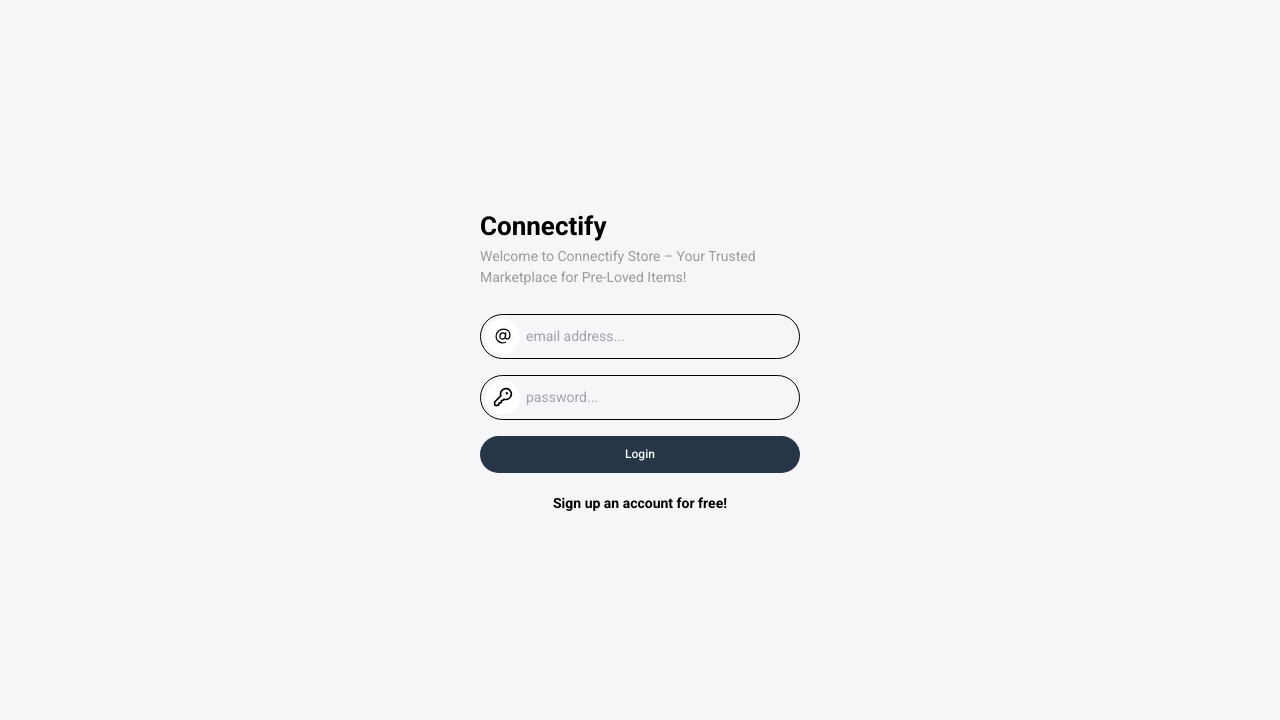
Repository: tvbacs/JavaWebProjectUI
Page: /login
These files come from the project's save history. The page is drawn as it stood at one moment and after the next save; the edit follows.
The browser window is 1280 px wide. The pictures show the whole page.
The project was rebuilt for these pictures with package versions that can differ from the ones it lists, and the page was loaded fresh each time. Also part of the build but not shown: src/pages/HomePage/HomePage.module.scss, src/components/Item/Item.module.scss, src/utils/formatPrice.js, src/components/Item/index.js, src/components/Scroll/Scroll.module.scss, src/components/Scroll/index.js, src/services/electronicService.js, src/pages/HomePage/index.js and 53 more.

Above is the page before, as saved 2025-05-25 05:48:44.

### src/index.js
import React from 'react';
import ReactDOM from 'react-dom/client';
import App from './App';
import GlobalStyles from '@/Globals/GlobalStyles';
import { BrowserRouter } from 'react-router-dom';
import { UserProvider } from './contexts/UserContext';

const root = ReactDOM.createRoot(document.getElementById('root'));
root.render(
  <BrowserRouter>
      <UserProvider>
      <GlobalStyles>
        <App />
      </GlobalStyles>
          </UserProvider>
  </BrowserRouter>
);

### src/App.js
import { Routes, Route } from "react-router-dom";
import { publicRoutes, privateRoutes, adminRoutes } from "./routes";
import MainLayout from "@/layout/MainLayout";
import PrivateRoute from "@/routes/PrivateRoute";
import AdminRoute from "@/routes/AdminRoute";
import { useUser } from "./contexts/UserContext";
import { useEffect } from "react";
import authService from "./services/authService";

function App() {
    const { setUser } = useUser();
    useEffect(() => {
    const token = localStorage.getItem('token');
    if (token) {
      (async () => {
        const res = await authService.getMe();
        if (res.success) {
          setUser(res.user);
        } else {
          console.warn("Lỗi lấy thông tin người dùng:", res.message);
          localStorage.removeItem('token');
          setUser(null);
        }
      })();
    }
  }, [setUser]);
  return (
    <Routes>
      {publicRoutes.map(({ path, component: Component, layout }, index) => {
        let Layout;

        if (layout === null) {
          Layout = ({ children }) => <>{children}</>;
        } else if (layout) {
          Layout = layout;
        } else {
          Layout = MainLayout;
        }

        return (
          <Route
            key={index}
            path={path}
            element={
              <Layout>
                <Component />
              </Layout>
            }
          />
        );
      })}

      {privateRoutes.map(({ path, component: Component, layout }, index) => {
        let Layout = layout || MainLayout;

        return (
          <Route
            key={index}
            path={path}
            element={
              <PrivateRoute>
                <Layout>
                  <Component />
                </Layout>
              </PrivateRoute>
            }
          />
        );
      })}

      {adminRoutes.map(({ path, component: Component, layout }, index) => {
        let Layout = layout || MainLayout;

        return (
          <Route
            key={`admin-${index}`}
            path={path}
            element={
              <AdminRoute>
                <Layout>
                  <Component />
                </Layout>
              </AdminRoute>
            }
          />
        );
      })}

      <Route
        path="*"
        element={
          <MainLayout>
            <div>Trang không tồn tại (404)</div>
          </MainLayout>
        }
      />
    </Routes>
  );
}

export default App;

### src/Globals/GlobalStyles/index.js
import "./GlobalStyles.scss";

function GlobalStyles({children}){
    return(
        children
    )
}
export default GlobalStyles;

### src/contexts/UserContext.js
import { createContext, useContext, useState, useMemo } from 'react';

const UserContext = createContext(null);

export const UserProvider = ({ children }) => {
  const [user, setUser] = useState(null);
  const [isLoading, setIsLoading] = useState(false);
  const [isFetched, setIsFetched] = useState(false);

  const contextValue = useMemo(
    () => ({
      user,
      setUser,
      isLoading,
      setIsLoading,
      isFetched,
      setIsFetched,
    }),
    [user, isLoading, isFetched]
  );

  return (
    <UserContext.Provider value={contextValue}>
      {children}
    </UserContext.Provider>
  );
};

export const useUser = () => useContext(UserContext);

### src/routes/index.js
import LoginPage from "@/pages/Auth/Login"
import HomePage from "@/pages/HomePage"
import LaptopPage from "@/pages/LaptopPage"
import MobilePage from "@/pages/MobilePage"
import BuyPage from "@/pages/BuyPage"
import SignupPage from "@/pages/Auth/Signup"
import ProducDetail from "@/pages/ProductDetail"
import ProducDetailLayout from "@/layout/ProductDetailLayout"
import OnlyHeaderLayout from "@/layout/OnlyHeaderLayout"
import Profile from "@/pages/Profile"
import LabTopLayout from "@/layout/LaptopLayout"
import CartPage from "@/pages/Cart"
import OrderHistory from "@/pages/OrderHistory"

// Admin imports
import AdminLayout from "@/layout/AdminLayout"
import AdminDashboard from "@/pages/Admin/Dashboard"
import AdminUsers from "@/pages/Admin/Users"
import AdminProducts from "@/pages/Admin/Products"
import AdminOrders from "@/pages/Admin/Orders"
import AdminCategories from "@/pages/Admin/Categories"
import AdminBrands from "@/pages/Admin/Brands"


const publicRoutes = [
        { path: '/login', component : LoginPage,  layout: null},
        { path: '/signup', component : SignupPage,  layout: null},
        { path: '/', component : HomePage},
        { path: '/laptop', component : LaptopPage,layout: LabTopLayout},
        { path: '/mobile', component : MobilePage},
        { path: '/product/:id', component : ProducDetail ,layout : ProducDetailLayout},
        { path: '/profile', component : Profile ,layout : OnlyHeaderLayout},
]

const privateRoutes = [
        { path: '/buy/:id', component : BuyPage,layout : OnlyHeaderLayout},
        { path: '/cart', component : CartPage,layout : OnlyHeaderLayout},
        { path: '/orders', component : OrderHistory,layout : OnlyHeaderLayout},
]

const adminRoutes = [
        { path: '/admin/dashboard', component : AdminDashboard, layout : AdminLayout},
        { path: '/admin/users', component : AdminUsers, layout : AdminLayout},
        { path: '/admin/products', component : AdminProducts, layout : AdminLayout},
        { path: '/admin/orders', component : AdminOrders, layout : AdminLayout},
        { path: '/admin/categories', component : AdminCategories, layout : AdminLayout},
        { path: '/admin/brands', component : AdminBrands, layout : AdminLayout},
]

export { publicRoutes, privateRoutes, adminRoutes }

### src/services/authService.js
// src/services/authService.js
import request from '@/utils/request';
import QueryString from 'qs';

const authService = {
  // Đăng nhập
  login: async (email, password) => {
    try {
      const response = await request.post(
        '/auth/login',
        QueryString.stringify({ email, password }),
        {
          headers: {
            'Content-Type': 'application/x-www-form-urlencoded',
          },
        }
      );
      const { token } = response.data;
      localStorage.setItem('token', token);
      return { success: true, token };
    } catch (error) {
      const message = error.response?.data?.error || 'Đăng nhập thất bại.';
      return { success: false, message };
    }
  },

  // Đăng ký
  signup: async (email, fullname, phonenumber, password) => {
    try {
      const response = await request.post(
        '/auth/signup',
        QueryString.stringify({
          email,
          fullname,
          phonenumber,
          password,
        }),
        {
          headers: {
            'Content-Type': 'application/x-www-form-urlencoded',
          },
        }
      );

      return {
        success: true,
        message: response.data.message || 'Đăng ký thành công',
      };
    } catch (error) {
      const message = error.response?.data?.error || 'Đăng ký thất bại.';
      return { success: false, message };
    }
  },

  getMe: async () => {
    try {
      const token = localStorage.getItem('token');
      if (!token) {
        return { success: false, message: 'Chưa đăng nhập.' };
      }

      const response = await request.get('/auth/me', {
        headers: {
          Authorization: `Bearer ${token}`,
        },
      });

      return {
        success: true,
        user: response.data,
      };
    } catch (error) {
      const message = error.response?.data?.error || 'Không thể lấy thông tin người dùng.';
      if (error.response?.status === 401) {
        localStorage.removeItem('token');
      }
      return { success: false, message };
    }
  },

  // Đăng xuất
  logout: () => {
    localStorage.removeItem('token');
  },

  // Lấy token hiện tại
  getToken: () => {
    return localStorage.getItem('token');
  },
};

export default authService;

### src/Globals/GlobalStyles/GlobalStyles.scss
@import 'normalize.css';
@import url('https://fonts.googleapis.com/css2?family=Roboto:wght@400;500;700&display=swap');
:root{
    --primary:#263646;
    --bgc:#F6F6F8;
    --gray50: #3F3F4680;
    --gray85:#3F3F46D9;
}
*{
    box-sizing: border-box;
}
html{
    font-size: 62.5%;
    //62.5 của 16px = 10px -> 1rem=10px
}
body{
    font-family: 'Roboto', sans-serif;
    font-size: 1.6rem;
    line-height: 1.5;
    text-rendering: optimizeSpeed;
}
@tailwind base;
@tailwind components;
@tailwind utilities;
@mixin input(){
    border:none;
    outline:none;
    background-color: transparent;
}
@mixin flex-center(){
    display: flex;
    justify-content: center;
    align-items: center;
}
@mixin button(){
    border:none;
    outline:none;
    cursor:pointer;

}
@mixin a(){
    text-decoration: none;
    color:var(--black);
}

### src/pages/Auth/Login/index.js
import classNames from "classnames/bind";
import styles from "../Auth.module.scss";
import { Link, useLocation, useNavigate } from "react-router-dom";
import { IoAt } from "react-icons/io5";
import { LuKeyRound } from "react-icons/lu";
import authService from "@/services/authService";
import { useUser } from "@/contexts/UserContext";
import { useState } from "react";

const cx = classNames.bind(styles);

function LoginPage() {
  const navigate = useNavigate();
  const location = useLocation();
  const from = location.state?.from?.pathname || "/";
  const { setUser } = useUser();
  const [email, setEmail] = useState("");
  const [password, setPassword] = useState("");
  const [error, setError] = useState("");

  const handleLogin = async (e) => {
    e.preventDefault();
    setError("");

    const result = await authService.login(email, password);

    if (result.success) {
      // Fetch user info after successful login
      const userResult = await authService.getMe();
      if (userResult.success) {
        setUser(userResult.user);
      }
      navigate(from, { replace: true });
    } else {
      setError(result.message);
    }
  };

  return (
    <div className={cx("wrapper")}>
      <div className={cx("content")}>
        <h1>Connectify</h1>
        <span>
          Welcome to Connectify Store – Your Trusted Marketplace for Pre-Loved Items!
        </span>
        <form onSubmit={handleLogin}>
          <div className={cx("form-group")}>
            <div className={cx("form-group-icon")}>
              <IoAt className={cx("text-[20px]")} />
            </div>
            <input
              className={cx("form-input")}
              placeholder="email address..."
              value={email}
              onChange={(e) => setEmail(e.target.value)}
              required
            />
          </div>
          <div className={cx("form-group")}>
            <div className={cx("form-group-icon")}>
              <LuKeyRound className={cx("text-[20px]")} />
            </div>
            <input
              type="password"
              className={cx("form-input")}
              placeholder="password..."
              value={password}
              onChange={(e) => setPassword(e.target.value)}
              required
            />
          </div>
          {error && <div style={{ color: "red" }}>{error}</div>}
          <button className={cx("btn-submit")} type="submit">
            Login
          </button>
          <Link className={cx("btn-switch")} to="/signup">
            Sign up an account for free!
          </Link>
        </form>
      </div>
    </div>
  );
}

export default LoginPage;

### src/utils/request.js
// src/utils/request.js
import axios from 'axios';

const apiClient = axios.create({
  baseURL: process.env.REACT_APP_API_URL || "http://localhost:1512",
  headers: {
    'Content-Type': 'application/json',
  },
});
apiClient.interceptors.request.use(
  (config) => {
    const token = localStorage.getItem('token');
    if (token) {
      config.headers['Authorization'] = `Bearer ${token}`;
    }
    return config;
  },
  (error) => Promise.reject(error)
);

export default apiClient;

### src/pages/Auth/Auth.module.scss
.wrapper{
    width: 100vw;
    height: 100vh;
    background-color: #F6F6F8;
    display:flex;
    justify-content: center;
    align-items: center;
}
.content{
    width: 320px;
    max-width: 100%;
    >h1{
        font-size: 26px;
        font-weight: 600;
    }
    >span{
        font-size: 14px;
        color:var(--gray50);
        margin-bottom: 26px;
        display: block;
    }
}
form{
    width: 100%;
    display:flex;
    flex-direction: column;
}
.form-group{
    display:flex;
    align-items: center;
    border-radius: 30px;
    border:1px solid black;
    padding:4px;
    margin-bottom: 16px;
    &-icon{
        width: 35px;
        height: 35px;
        border-radius: 50%;
        background-color: white;
        display:flex;
        justify-content: center;
        align-items: center;
    }
}
.form-input{
    outline: none;
    flex:1;
    padding-left: 6px;
    background-color: transparent;
    font-size: 14px;
}

.btn-submit{
    width: 100%;
    height: 37px;
    background-color: #263646;
    color:white;
    font-size: 12px;
    font-weight: 500;
    border-radius: 30px;
}
.btn-submit:hover{
    box-shadow: 0 0 8px rgba(0,0,0,0.5);
}
.btn-switch{
    margin:0 auto;
    margin-top: 20px;
    font-size: 14px;
    font-weight: 600;
}
.btn-switch:hover{
    border-bottom: 1px solid #ccc;
}

### src/components/Header/Header.module.scss
@import  "../../Globals/GlobalStyles/GlobalStyles.scss";

.wrapper{
    padding:20px;
    background-color: var(--bgc);
}
.logo{
    color:var(--primary);
    line-height: 10px;
    font-weight: bold;
      font-family: 'Inter', sans-serif;
}
.nav{
  padding-left:20px;
  margin-left: 20px;
  border-left: 2px solid var(--primary);
  &-item{
    margin-right: 20px;
    font-size: 16px;
    font-weight: 600;
    cursor:pointer;
    color:var(--primary);
  }
}
.nav-link {
  position: relative;
  padding-bottom: 4px;
  transition: all 0.5s;

  &.active::before {
    content: '';
    position: absolute;
    width: 40%;
    height: 2px;
    border-radius: 20px;
    background-color: var(--primary);
    bottom: 0;
    left: 50%;
    transform: translateX(-50%);
  }
}

.search{
    min-width: 300px;
    max-width: 350px;
    border-radius: 30px;
    padding:8px 14px;
    background-color: #E8E8E8;
    &-icon{
        font-size: 20px;
        color:var(--gray50);
    }
    &-input{
        @include input();
        font-size: 14px;
        color:var(--primary);
        margin-left: 10px;
    }
}
.cart{
    width: 40px;
    height: 40px;
    border-radius: 50%;
    background-color: #E8E8E8;
    padding:5px;
    @include flex-center();
    margin:0 20px;
    cursor:pointer;
}
.cart:hover{
    box-shadow: 0 0 2px rgba(0,0,0,0.5);
}

.btn-login{
    display:flex;
    align-items: center;
    padding:8px 16px;
    background-color: #E8E8E8;
    border-radius: 20px;

}
.btn-menu{
  width: 40px;
  height: 40px;
  border-radius: 50%;
      background-color: #E8E8E8;
  @include flex-center;
}
.btn-login:hover{
        box-shadow: 0 0 2px rgba(0,0,0,0.5);

}
.btn-login-title {
    color:var(--primary);
    font-weight: 500;
}

@media screen and (max-width: 639px) {
  .wrapper{
    padding:10px;
  }
  .logo{
    font-size: 20px;
  }
  .search{
    min-width: 170px;
  }
  .cart{
    margin:0 5px;
  }
  .btn-login{
    display:none;
  }
  .search-input{
    font-size: 10px;
  }
  .avt-auth{
    display:none;
  }
}

.user-menu {
  display: flex;
  align-items: center;
  gap: 12px;
}

.admin-link {
  background: linear-gradient(135deg, #667eea 0%, #764ba2 100%);
  color: white;
  padding: 6px 12px;
  border-radius: 20px;
  text-decoration: none;
  font-size: 12px;
  font-weight: 600;
  transition: all 0.3s ease;

  &:hover {
    transform: translateY(-1px);
    box-shadow: 0 4px 12px rgba(102, 126, 234, 0.3);
  }
}

@media screen and (min-width: 640px) and (max-width: 1023px) {
  .btn-menu{
    margin-left: 20px;
  }
}

### src/components/Footer/Footer.module.scss
@import url('https://fonts.googleapis.com/css2?family=Roboto&display=swap');
.wrapper{
    width: 100%;
    padding:20px 30px;
    background-color: var(--primary);
}
.content{
    width: 100%;
    height:100%;
    display: flex;
    align-items: start;
    justify-content: space-between;
    flex-wrap: wrap;
}
.list{
    list-style-type: none;
    .title-small{
        color:white;
        font-size: 16px;
        font-weight:500;
    }
}

.title{
    color:white;
    font-weight: 900;
    font-size: 26px !important;
}
.item{
    color:white;
  font-family: 'Roboto', sans-serif;
    font-weight:100;
    cursor:pointer;
}
.item:hover{
    border-bottom: 1px solid white;
}
.input{
    width: 100%;
    border-radius: 20px;
    background-color: white;
    padding:6px 12px;
    margin:10px 0;
    display:flex;
    align-items: center;

    input{
        font-size: 14px;
        flex:1;
        outline: none;
        padding-left: 6px;
    }
    span{
    font-size: 14px;
    font-weight: 600;
    cursor:pointer;
    }
}
.social{
    width: 36px;
    height: 26px;
    border-radius: 4px;
    background-color: white;
    display:flex;
    justify-content: center;
    align-items: center;
    margin-right: 10px;
    cursor:pointer;
}
.icon-fb{
    color:blue;
    font-size: 20px;
}
.icon-tiktok{
    font-size: 20px;
}

Loaded but not shown: public/index.html (common file); tailwind.config.js (common file)

After the next save:
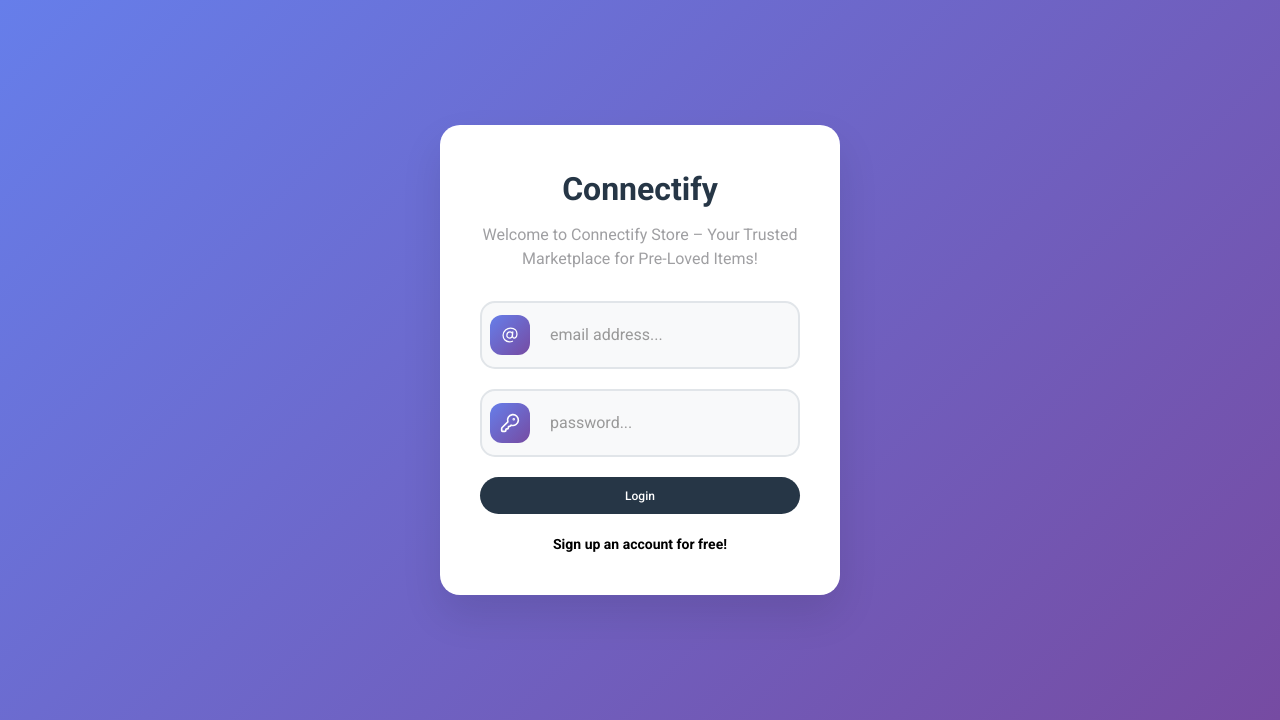
Saved 12 min 15 s later.
--- a/src/pages/Auth/Auth.module.scss
+++ b/src/pages/Auth/Auth.module.scss
@@ -1,53 +1,87 @@
 .wrapper{
     width: 100vw;
     height: 100vh;
-    background-color: #F6F6F8;
-    display:flex;
+    background: linear-gradient(135deg, #667eea 0%, #764ba2 100%);
+    display: flex;
     justify-content: center;
     align-items: center;
+    padding: 20px;
 }
+
 .content{
-    width: 320px;
+    width: 400px;
     max-width: 100%;
-    >h1{
-        font-size: 26px;
-        font-weight: 600;
+    background: white;
+    border-radius: 20px;
+    padding: 40px;
+    box-shadow: 0 20px 40px rgba(0, 0, 0, 0.1);
+    backdrop-filter: blur(10px);
+
+    > h1{
+        font-size: 32px;
+        font-weight: 700;
+        color: var(--primary);
+        text-align: center;
+        margin-bottom: 10px;
     }
-    >span{
-        font-size: 14px;
-        color:var(--gray50);
-        margin-bottom: 26px;
+
+    > span{
+        font-size: 16px;
+        color: var(--gray50);
+        margin-bottom: 30px;
         display: block;
+        text-align: center;
+        line-height: 1.5;
     }
 }
+
 form{
     width: 100%;
-    display:flex;
+    display: flex;
     flex-direction: column;
 }
+
 .form-group{
-    display:flex;
+    display: flex;
     align-items: center;
-    border-radius: 30px;
-    border:1px solid black;
-    padding:4px;
-    margin-bottom: 16px;
+    border-radius: 15px;
+    border: 2px solid #e1e5e9;
+    padding: 8px;
+    margin-bottom: 20px;
+    transition: all 0.3s ease;
+    background: #f8f9fa;
+
+    &:focus-within {
+        border-color: #667eea;
+        box-shadow: 0 0 0 3px rgba(102, 126, 234, 0.1);
+        background: white;
+    }
+
     &-icon{
-        width: 35px;
-        height: 35px;
-        border-radius: 50%;
-        background-color: white;
-        display:flex;
+        width: 40px;
+        height: 40px;
+        border-radius: 12px;
+        background: linear-gradient(135deg, #667eea, #764ba2);
+        display: flex;
         justify-content: center;
         align-items: center;
+        color: white;
+        margin-right: 12px;
     }
 }
+
 .form-input{
     outline: none;
-    flex:1;
-    padding-left: 6px;
+    border: none;
+    flex: 1;
+    padding: 12px 8px;
     background-color: transparent;
-    font-size: 14px;
+    font-size: 16px;
+    color: #333;
+
+    &::placeholder {
+        color: #999;
+    }
 }
 
 .btn-submit{
